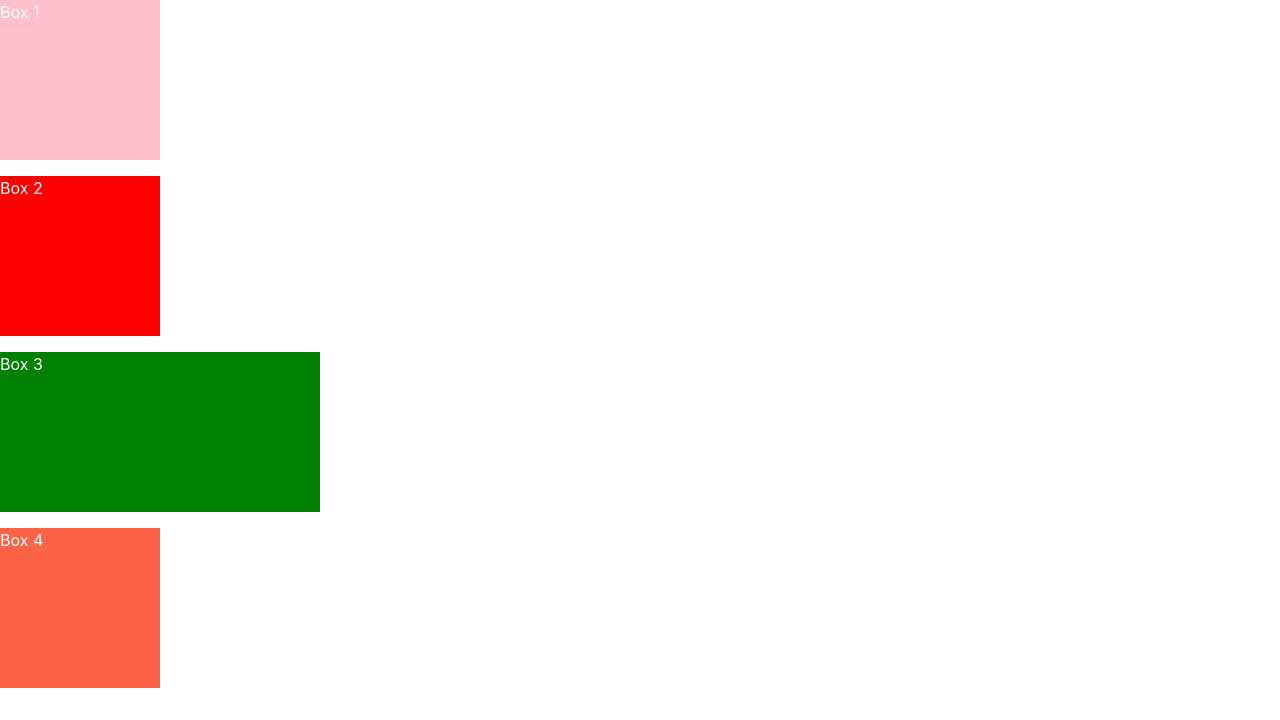
Repository: noutijo/learn-in-depth-chakra-ui
Page: /
An editor plug-in stored every save of this project. The page is shown before and after the next save, followed by the edit.
The browser window is 1280 px wide. The pictures show the whole page.
The project was rebuilt for these pictures with package versions that can differ from the ones it lists, and the page was loaded fresh each time. Also part of the build but not shown: vite.config.ts.

Above is the page before, as saved 2023-01-30 13:51:17.

After the next save:
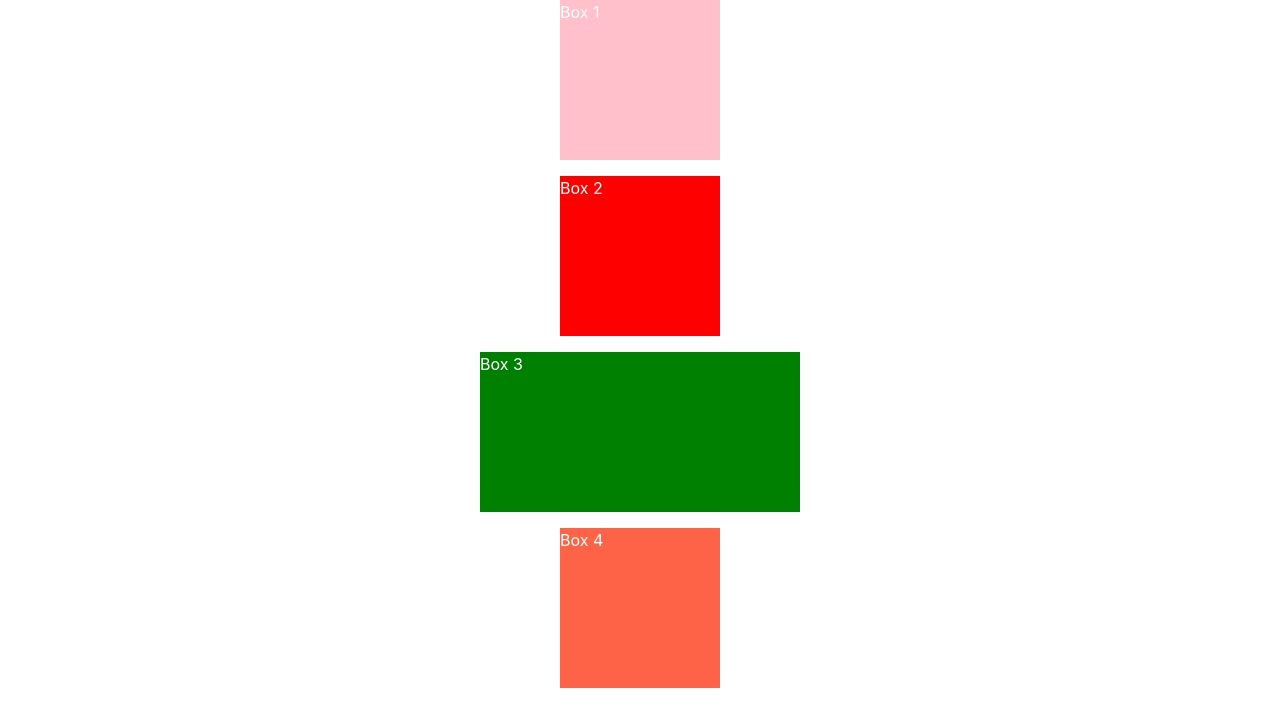
Saved 4 min 34 s later.
--- a/src/App.tsx
+++ b/src/App.tsx
@@ -4,7 +4,7 @@ import { Box, Flex, Stack, VStack, HStack } from "@chakra-ui/react";
 function App() {
   return (
     <div className="App">
-      <Stack spacing="1rem">
+      <VStack spacing="1rem">
         <Box bg="pink" w="10rem" h="10rem" color="white">
           Box 1
         </Box>
@@ -17,7 +17,7 @@ function App() {
         <Box bg="tomato" w="10rem" h="10rem" color="white">
           Box 4
         </Box>
-      </Stack>
+      </VStack>
     </div>
   );
 }
